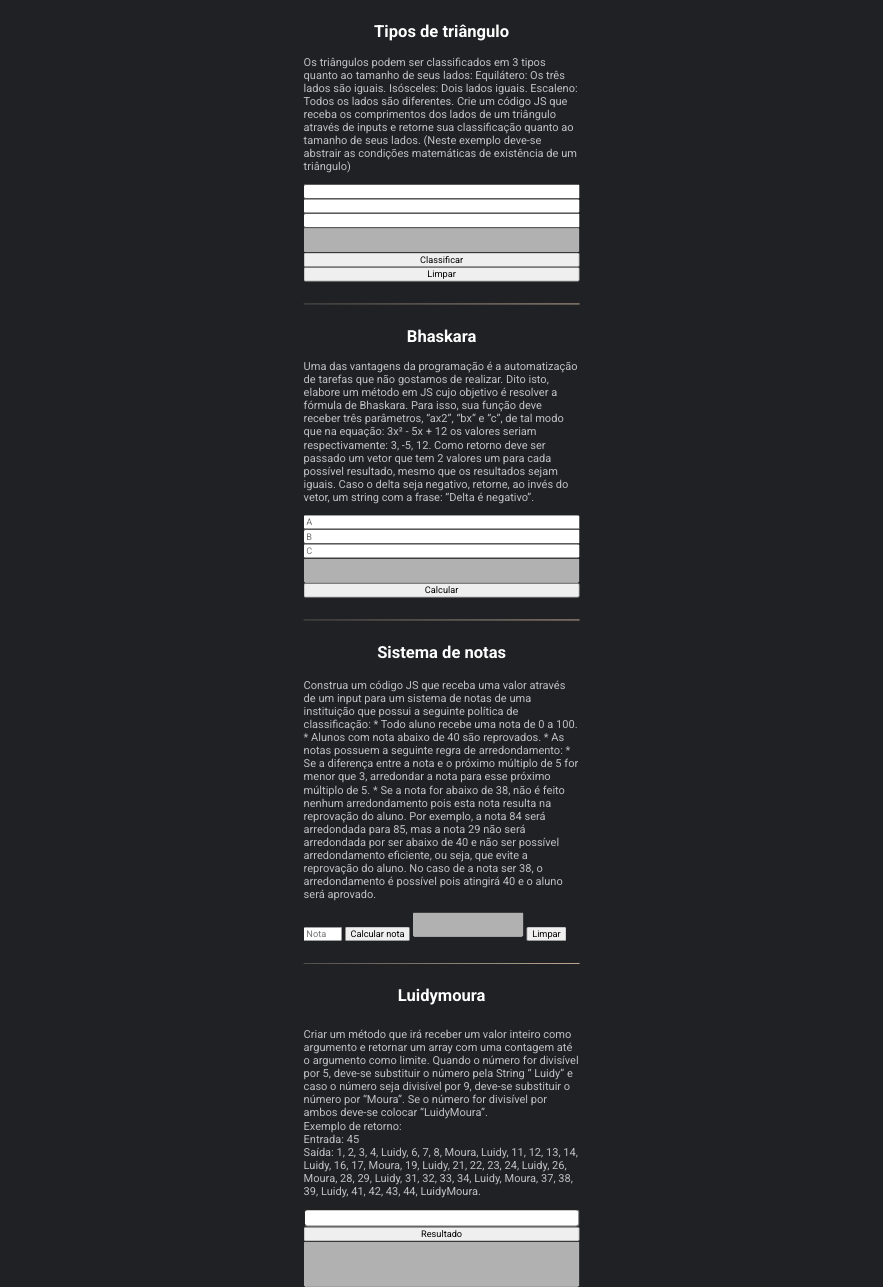
Repository: viviij/Fun-es-Simples-JavaScript
Page: index.html
An editor plug-in stored every save of this project. The page is shown before and after the next save, followed by the edit.
The browser window is 1280 px wide. The pictures show the whole page, at 69% of full size.

Above is the page before, as saved 2022-08-26 21:36:15.

### index.html
<!DOCTYPE html>
<html lang="ptBR">
  <head>
    <meta charset="UTF-8">
    <link rel="preconnect" href="https://fonts.gstatic.com" crossorigin>
    <link rel="preconnect" href="https://fonts.googleapis.com">
    <meta http-equiv="X-UA-Compatible" content="IE=edge">
    <meta name="viewport" content="width=device-width, initial-scale=1.0">

    <link href="https://fonts.googleapis.com/css2?family=Roboto:wght@400;700&display=swap" rel="stylesheet">

    <link rel="stylesheet" href="styles.css">
    <title>Prova C3C</title>
  </head>
  <body>
    <div class="container">
      <section class="tipos_de_Triângulo">
        <header>
          <h1>Tipos de triângulo</h1>
          <p>
            Os triângulos podem ser classificados em 3 tipos quanto ao tamanho de seus lados:

            Equilátero: Os três lados são iguais.
            Isósceles: Dois lados iguais.
            Escaleno: Todos os lados são diferentes.

            Crie um código JS que receba os comprimentos dos lados de um triângulo através de inputs e retorne sua classificação quanto ao tamanho de seus lados. (Neste exemplo deve-se abstrair as condições matemáticas de existência de um triângulo)
          </p>

        </header>
        <div class="main">
          <input type="number" name="trianguloLado1" id="trianguloLado1"/>
          <input type="number" name="trianguloLado2" id="trianguloLado2"/>
          <input type="number" name="trianguloLado3" id="trianguloLado3"/>

          <textarea type="text" name="tipoDeTriangulo" id="tipoDeTriangulo" style="resize: none" disabled></textarea>

          <button id="classificacaoTriangulo">Classificar</button>
          <button id="limparInputBotao">Limpar</button>
        </div>
      </section>

      <div class="linhaDeDivisaoDasQuestoes"></div>

      <section class="Bhaskara">
        <header>
          <h2>Bhaskara</h2>
          <p>Uma das vantagens da programação é a automatização de tarefas que não gostamos de realizar. Dito isto, elabore um método em JS cujo objetivo é resolver a fórmula de Bhaskara.

            Para isso, sua função deve receber três parâmetros, “ax2”, “bx” e “c”, de tal modo que na equação: 3x² - 5x + 12 os valores seriam respectivamente: 3, -5, 12.

            Como retorno deve ser passado um vetor que tem 2 valores um para cada possível resultado, mesmo que os resultados sejam iguais.

            Caso o delta seja negativo, retorne, ao invés do vetor, um string com a frase: “Delta é negativo”.</p>
        </header>
        <div class="main">
          <input type="number" name="bhaskaraValorA" id="bhaskaraValorA" placeholder="A"/>
          <input type="number" name="bhaskaraValorB" id="bhaskaraValorB" placeholder="B"/>
          <input type="number" name="bhaskaraValorC" id="bhaskaraValorC" placeholder="C"/>

          <textarea type="text" name="resultadoBhaskara" id="resultadoBhaskara" style="resize: none" disabled></textarea>
          <button id="calcularBhaskara">Calcular</button>
        </div>
      </section>

      <div class="linhaDeDivisaoDasQuestoes"></div>

      <section class="sistema_De_Notas">
        <header>
          <h3>Sistema de notas</h3>
          <p>Construa um código JS que receba uma valor através de um input para um sistema de notas de uma instituição que possui a seguinte política de classificação:

          * Todo aluno recebe uma nota de 0 a 100.
          * Alunos com nota abaixo de 40 são reprovados.
          * As notas possuem a seguinte regra de arredondamento:
            * Se a diferença entre a nota e o próximo múltiplo de 5 for menor que 3, arredondar a nota para esse próximo múltiplo de 5.
            * Se a nota for abaixo de 38, não é feito nenhum arredondamento pois esta nota resulta na reprovação do aluno.

          Por exemplo, a nota 84 será arredondada para 85, mas a nota 29 não será arredondada por ser abaixo de 40 e não ser possível arredondamento eficiente, ou seja, que evite a reprovação do aluno.
          No caso de a nota ser 38, o arredondamento é possível pois atingirá 40 e o aluno será aprovado.</p>
        </header>
        <div class="main">
          <input type="number" name="notaRecebida" id="notaRecebida"  min="0" max="100" placeholder="Nota"/>
          <button id="calcularNota">Calcular nota</button>

          <textarea type="text" name="arredondamentoNota" id="arredondamentoNota" style="resize: none" disabled></textarea>
          <button id="limparNota">Limpar</button>
        </div>
      </section>

      <div class="linhaDeDivisaoDasQuestoes"></div>

      <section class="LuidyMoura">
        <header>
          <h4>Luidymoura</h4>
          <p>Criar um método que irá receber um valor inteiro como argumento e retornar um array com uma contagem até o argumento como limite.

          Quando o número for divisível por 5, deve-se substituir o número pela String “ Luidy” e caso o número seja divisível por 9, deve-se substituir o número por  “Moura”.
          Se o número for divisível por ambos deve-se colocar “LuidyMoura”.
          <br/>
          Exemplo de retorno:
          <br/>

          Entrada:
          45
          <br/>

          Saída:
          1, 2, 3, 4, Luidy, 6, 7, 8, Moura, Luidy, 11, 12, 13, 14, Luidy, 16, 17, Moura, 19, Luidy, 21, 22, 23, 24, Luidy, 26, Moura, 28, 29, Luidy, 31, 32, 33, 34, Luidy, Moura, 37, 38, 39, Luidy, 41, 42, 43, 44, LuidyMoura.</p>
        </header>
        <div class="main">
          <input type="number" name="valorLuidyMoura" id="valorLuidyMoura">
          <button id="calculoLuidyMoura">Resultado</button>
          <textarea type="form" name="resultadoLuidyMoura" id="resultadoLuidyMoura" style="resize: none" disabled></textarea>
        </div>
      </section>
    </div>
    <script src="./js/tipos_de_triangulo.js"></script>
    <script src="./js/sistema_de_notas.js"></script>
    <script src="./js/luidymoura.js"></script>
    <script src="./js/bhaskara.js"></script>
  </body>
</html>

### styles.css
body {
  margin: 0;
  padding: 0;
  box-sizing: border-box;
  background: var(--background-color);
  display: flex;
  justify-content: center;
  font-family: 'Roboto', sans-serif;
  font-weight: 400;
}

body h1,
h2,
h3,
h4,
h5,
h6,
h7,
h8 {
  font-family: 'Roboto', sans-serif;
  font-weight: 700;
}

button,
input,
textarea,
select {
  outline: 0;
  font-family: 'Roboto', sans-serif;
  font-weight: 400;
}

a {
  text-decoration: none;
}

ul {
  list-style: none;
}

:root {
  /*CORES GLOBAIS*/
  --text-color: #bdc1c6;
  --background-color: #202124;
  --title-color: #ffffff;

}

.container section {
  max-height: auto;
  max-width: 400px;
}

section {
  color: var(--text-color);
  margin-top: 2rem;
}

.linhaDeDivisaoDasQuestoes {
  margin: 2rem 0;
}

.container .linhaDeDivisaoDasQuestoes {
  height: 1px;
  background: linear-gradient(270deg,
      hsla(33, 100%, 88%, 1) 0%,
      hsla(33, 65%, 88%, 0.34) 100%);
}

section h1,
h2,
h3,
h4,
h5 {
  display: flex;
  justify-content: center;
  font-size: 1.5rem;
  color: var(--title-color);
}

/*Tipos_de_Triângulo QUESTAO 1*/

.tipos_de_Triângulo .main {
  display: flex;
  flex-direction: column;
}


#trianguloLado1,
#trianguloLado2,
#trianguloLado3 {
  text-align: center;
}

.container .questao_2 {}

/*Bhaskara QUESTAO 2*/
.Bhaskara .main {
  display: flex;
  flex-direction: column;
}

/*Sistema de notas QUESTAO 3*/


/*LuidyMoura QUESTAO 4*/
.LuidyMoura .main {
  display: flex;
  flex-direction: column;
}

#tipoDeTriangulo {
  text-align: center;
}

#valorLuidyMoura {
  height: 20px;
  width: auto;
  box-shadow: none;
  border-radius: 5px;
  text-align: center;
}

#calculoLuidyMoura {
  width: 100%;
}

#resultadoLuidyMoura {
  height: 60px;

}

### js/tipos_de_triangulo.js
//Selecionando itens do HTML
const trianLado1 = document.querySelector("#trianguloLado1");
const trianLado2 = document.querySelector("#trianguloLado2");
const trianLado3 = document.querySelector("#trianguloLado3");
const tipoDeTrian = document.querySelector("#tipoDeTriangulo");
const classTrian = document.querySelector("#classificacaoTriangulo") ;
const limparInput = document.querySelector("#limparInputBotao");
//Marcar "erro" caso alguma resposta nao seja preenchida
trianLado1.onblur = () => {
  if(trianLado1.value == "") {
    trianLado1.style = "border-color: #aa0044";
  }else{
    trianLado1.style = "color: #000000";
  }
}

trianLado2.onblur = () => {
  if(trianLado2.value == "") {
    trianLado2.style = "border-color: #aa0044";
  }else{
    trianLado2.style = "color: #000000";
  }
}

trianLado3.onblur = () => {
  if(trianLado3.value == "") {
    trianLado3.style = "border-color: #aa0044";
  }else{
    trianLado3.style = "color: #000000";
  }
}

//Limpar input apos clicar no botao Limpar
limparInput.onclick = () => {
  trianLado1.value = "";
  trianLado2.value = "";
  trianLado3.value = "";
  tipoDeTrian.value = "";
}

//Classificar o tipo de triangulo apos clicar no botao Classificar
classTrian.onclick = () => {
  //Dar foco no input vazio
  if (trianLado1.value == "" && trianLado2.value != "" && trianLado3.value != "") {
    trianLado1.focus();
  }else if (trianLado2.value == "" && trianLado1.value != "" && trianLado3.value != "") {
    trianLado2.focus();
  }else if (trianLado3.value == "" && trianLado1.value != "" && trianLado2.value != "") {
    trianLado3.focus();
  }

  if(trianLado1.value != "" && trianLado2.value != "" && trianLado3.value != "") {

    if (trianLado1.value != trianLado2.value && trianLado1.value != trianLado3.value && trianLado2.value != trianLado3.value) {
      tipoDeTrian.value = "Escaleno: Todos os lados são diferentes.";

    }else if (trianLado1.value == trianLado2.value && trianLado1.value == trianLado3.value && trianLado2.value == trianLado3.value) {
      tipoDeTrian.value = "Equilátero: Os três lados são iguais.";

    }else{
      tipoDeTrian.value = "Isósceles: Dois lados iguais.";

    }
  }
}

### js/sistema_de_notas.js
const notaRec = document.querySelector("#notaRecebida");
const arreNota = document.querySelector("#arredondamentoNota");
const calcNota = document.querySelector("#calcularNota");
const limparNota = document.querySelector("#limparNota")

//Marcar "erro" caso alguma resposta nao seja preenchida
notaRec.onblur = () => {
  if(notaRec.value == "") {
    notaRec.style = "border-color: #aa0044";
  }else{
    notaRec.style = "color: #000000";
  }
}

//Limpar input apos clicar no botao Limpar
limparNota.onclick = () => {
  notaRec.value = "";
  arreNota.value = "";
}

calcNota.onclick = () => {
  //Dar foco no input vazio
  if (notaRec.value == "") {
    notaRec.focus();
  }
  if(notaRec.value != "") {
    //Função do calculo da nota
    if (notaRec.value > 100 || notaRec.value < 0) {
      arreNota.value = "Valor inválido! Por favor digite um numero de 0 a 100.";
    }else if (notaRec.value < 38) {
      return arreNota.value = "Nem com milagre esse ser vai passar :("
    }

    const tabuadaDo5 = [5, 10, 15, 20, 25, 30, 35, 40, 45, 50, 55, 60, 65, 70, 75, 80, 85, 90, 95, 100];

    for (let i in tabuadaDo5) {
      const int = (nota) => {
        nota = Number.parseFloat(nota);
        return nota
      }
      if (int(notaRec.value)+2 >= tabuadaDo5[i]) {
        arreNota.value = tabuadaDo5[i];
      }
    }
  }
}

### js/luidymoura.js
const valorLuidyM = document.querySelector("#valorLuidyMoura")
const resLuidyM = document.querySelector("#resultadoLuidyMoura")
const calcLuidyM = document.querySelector("#calculoLuidyMoura")
function range(n) {//Função responsavel po ir do 0 até o valor x
  const listaNumerica = []
  for (i = 0; i < n; i++) {
    listaNumerica.push(i+1)
  }

  return listaNumerica
}

//Marcar "erro" caso alguma resposta nao seja preenchida
valorLuidyM.onblur = () => {
  if(valorLuidyM.value == "") {
    valorLuidyM.style = "border-color: #aa0044";
  }else{
    valorLuidyM.style = "color: #000000";
  }
}

calcLuidyM.onclick = () => {
  //dar focus no input caso n tenha sido preenchido
  if (valorLuidyM.value == "") {
    valorLuidyM.focus();
  }

  //logica do luidymoura
  if (valorLuidyM != "") {
    contagem = range(valorLuidyM.value)

    //Divisivel por 9 e 5
    let lista = []
    for (let contador in contagem) {

      //divisivel apenas por 5
      if (contagem[contador] % 9 != 0 && contagem[contador] % 5 == 0) {
        lista.push("Luidy")
      }

      //Divisivel apenas por 9
      if (contagem[contador] % 9 == 0 && contagem[contador] % 5 != 0) {
        lista.push("Moura")
      }

      //divisivel por 5 e 9
      if (contagem[contador] % 9 == 0 && contagem[contador] % 5 == 0) {
        lista.push("LuidyMoura")
      }else if (contagem[contador] % 9 != 0 && contagem[contador] % 5 != 0){
        lista.push(contagem[contador])
      }
    }
    resLuidyM.value = lista
  }

}

### js/bhaskara.js
//Selecionando itens do HTML
const bhaskaVA = document.querySelector("#bhaskaraValorA");
const bhaskaVB = document.querySelector("#bhaskaraValorB");
const bhaskaVC = document.querySelector("#bhaskaraValorC");
const resBhaska = document.querySelector("#resultadoBhaskara");
const calcBhaska = document.querySelector("#calcularBhaskara");
//Marcar "erro" caso alguma resposta nao seja preenchida
bhaskaVA.onblur = () => {
  if(bhaskaVA.value == "") {
    bhaskaVA.style = "border-color: #aa0044";
  }else{
    bhaskaVA.style = "color: #000000";
  }
}

bhaskaVB.onblur = () => {
  if(bhaskaVB.value == "") {
    bhaskaVB.style = "border-color: #aa0044";
  }else{
    bhaskaVB.style = "color: #000000";
  }
}

bhaskaVC.onblur = () => {
  if(bhaskaVC.value == "") {
    bhaskaVC.style = "border-color: #aa0044";
  }else{
    bhaskaVC.style = "color: #000000";
  }
}

//Calcular os valores de bhaskara


calcBhaska.onclick = () => {
  //Dar foco no input vazio
  if (bhaskaVA.value == "" && bhaskaVB.value != "" && bhaskaVC.value != "") {
    bhaskaVA.focus();
  }else if (bhaskaVB.value == "" && bhaskaVA.value != "" && bhaskaVC.value != "") {
    bhaskaVB.focus();
  }else if (bhaskaVC.value == "" && bhaskaVA.value != "" && bhaskaVB.value != "") {
    bhaskaVC.focus();
  }

  if (bhaskaVC.value != "" && bhaskaVA.value != "" && bhaskaVB.value != ""){
    //Função de bhaskara
    const valorDelta = (bhaskaVB.value*bhaskaVB.value) - 4*bhaskaVA.value*(bhaskaVC.value);

    if(valorDelta < 0) {
      resBhaska.value = "Delta é negativo";
    }else{
      let calculoDeX = (-bhaskaVB.value+Math.sqrt(valorDelta))/(2*bhaskaVA.value);
      let calculoDeX2 = (-bhaskaVB.value-Math.sqrt(valorDelta))/(2*bhaskaVA.value);
      bhaskaVA.value = ""
      bhaskaVB.value = ""
      bhaskaVC.value = ""

      resBhaska.value = [calculoDeX, calculoDeX2];
    }
  }
}

After the next save:
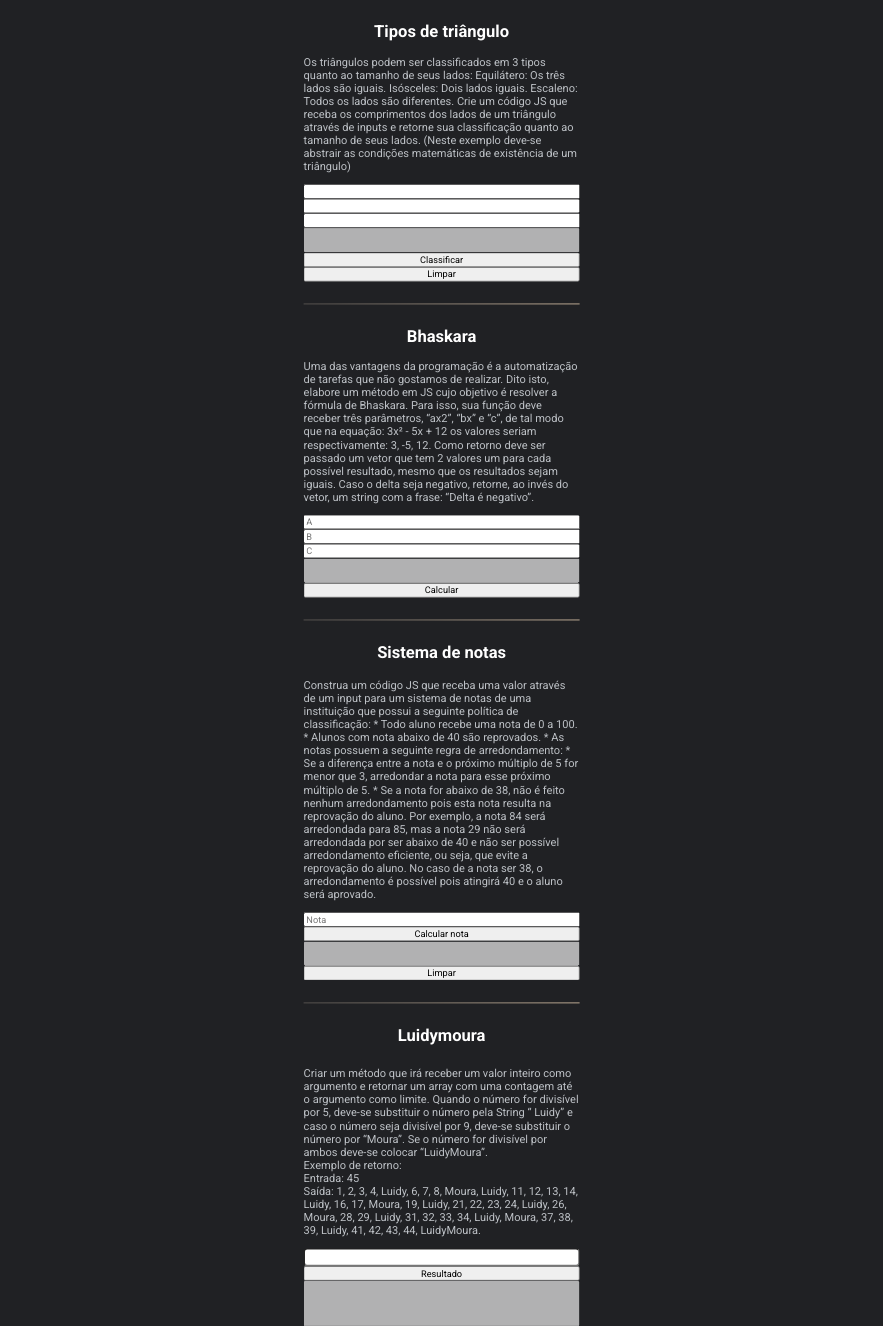
Saved 4 s later.
--- a/styles.css
+++ b/styles.css
@@ -92,7 +92,6 @@ h5 {
   text-align: center;
 }
 
-.container .questao_2 {}
 
 /*Bhaskara QUESTAO 2*/
 .Bhaskara .main {
@@ -101,7 +100,10 @@ h5 {
 }
 
 /*Sistema de notas QUESTAO 3*/
-
+.sistema_De_Notas .main {
+  display: flex;
+  flex-direction: column;
+}
 
 /*LuidyMoura QUESTAO 4*/
 .LuidyMoura .main {
